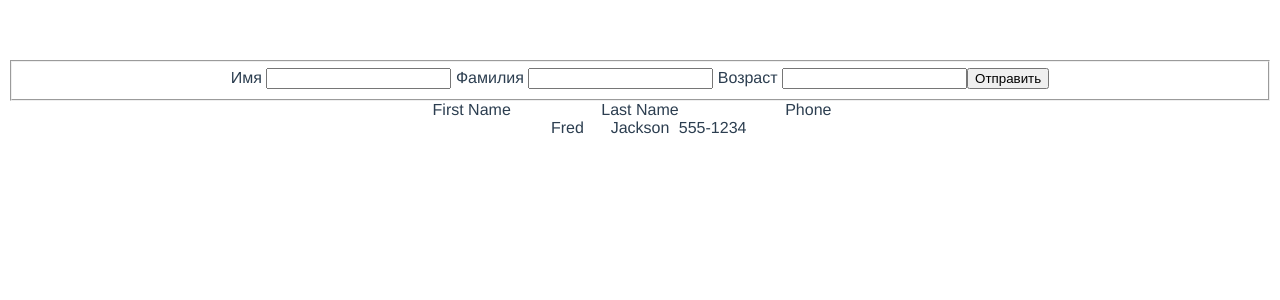
Repository: shum89/test-vue-table
Page: /
The author's editor kept a copy of each file at every save. The page is drawn from the files as they stood at one save, then again after the next save.
The browser window is 1280 px wide. The pictures show the whole page.
The project was rebuilt for these pictures with package versions that can differ from the ones it lists, and the page was loaded fresh each time. Also part of the build but not shown: vue.config.js.

Above is the page before, as saved 2021-07-17 14:38:12.

### src/App.vue
<template>
  <form>
    <fieldset>
      <label for="firstName">
        Имя
        <input type="text" id="firstName" />
      </label>

      <label for="lastName">
        Фамилия
        <input type="text" id="lastName" />
      </label>
      <label for="age">
        Возраст
        <input type="number" id="age" />
      </label>
      <button type="submit">Отправить</button>
    </fieldset>
  </form>
  <div class="table" role="grid" aria-colcount="3">
    <div class="table__row-group" role="rowgroup">
      <div class="table__row" role="row">
        <span role="columnheader" aria-colindex="1">First Name</span>
        <span role="columnheader" aria-colindex="2">Last Name</span>
        <span role="columnheader" aria-colindex="3">Phone</span>
      </div>
      <div class="table__row-group" role="rowgroup">
        <div class="table__row" role="row">
          <span role="gridcell" aria-colindex="1">Fred</span>
          <span role="gridcell" aria-colindex="2">Jackson</span>
          <span role="gridcell" aria-colindex="3">555-1234</span>
        </div>
      </div>
    </div>
  </div>
</template>

<script>
export default {
  name: 'App',
  components: {},
};
</script>

<style>
#app {
  font-family: Avenir, Helvetica, Arial, sans-serif;
  -webkit-font-smoothing: antialiased;
  -moz-osx-font-smoothing: grayscale;
  text-align: center;
  color: #2c3e50;
  margin-top: 60px;
}
.table__row-group {
  display: flex;
  align-items: center;
  flex-direction: column;
}
.table__row {
  display: grid;
  gap: 5px;
  grid-template-columns: repeat(3, 1fr);
  justify-content: center;
  max-width: 500px;
  width: 100%;
}
</style>

Loaded but not shown: public/index.html (common file); src/main.js (common file)

After the next save:
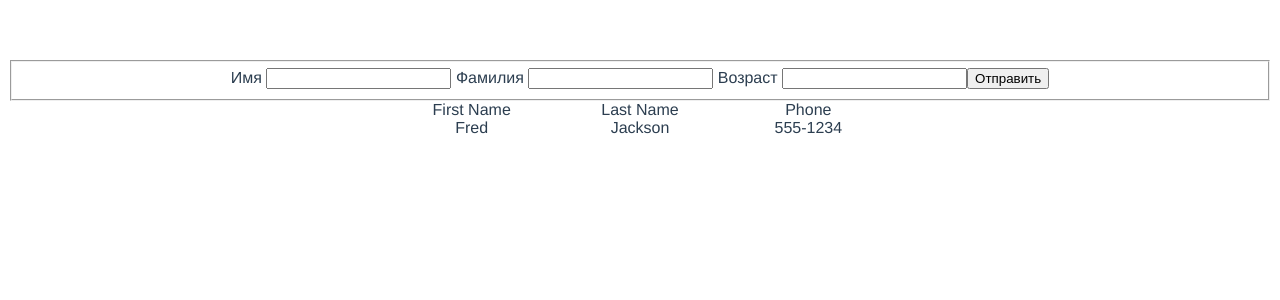
Saved 41 s later.
--- a/src/App.vue
+++ b/src/App.vue
@@ -24,12 +24,12 @@
         <span role="columnheader" aria-colindex="2">Last Name</span>
         <span role="columnheader" aria-colindex="3">Phone</span>
       </div>
-      <div class="table__row-group" role="rowgroup">
-        <div class="table__row" role="row">
-          <span role="gridcell" aria-colindex="1">Fred</span>
-          <span role="gridcell" aria-colindex="2">Jackson</span>
-          <span role="gridcell" aria-colindex="3">555-1234</span>
-        </div>
+    </div>
+    <div class="table__row-group" role="rowgroup">
+      <div class="table__row" role="row">
+        <span role="gridcell" aria-colindex="1">Fred</span>
+        <span role="gridcell" aria-colindex="2">Jackson</span>
+        <span role="gridcell" aria-colindex="3">555-1234</span>
       </div>
     </div>
   </div>
